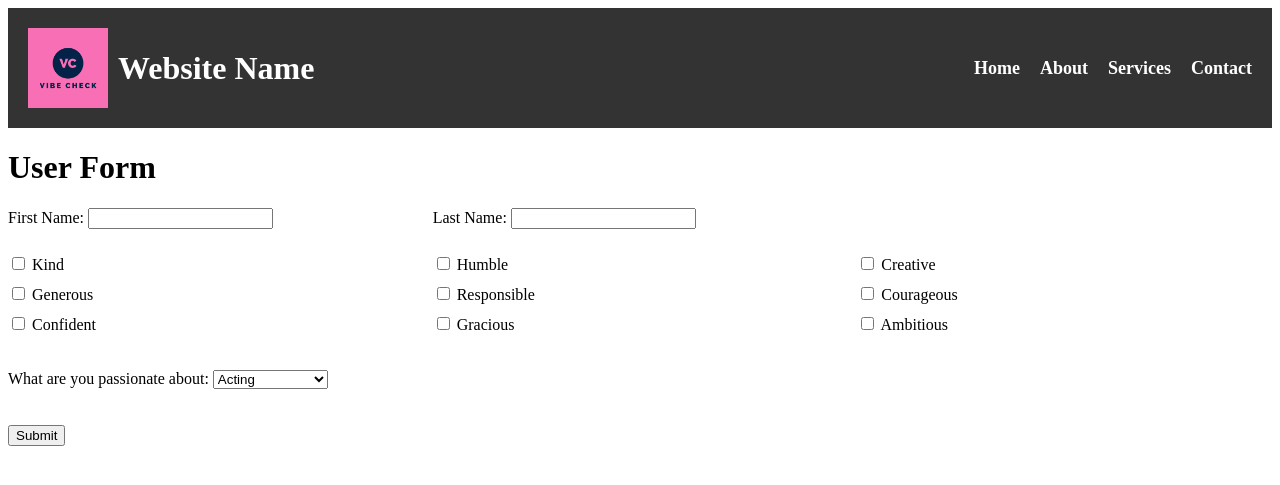
Repository: Chadloswald/Dis-Service
Page: docs/index.html
An editor plug-in stored every save of this project. The page is shown before and after the next save, followed by the edit.
The browser window is 1280 px wide. The pictures show the whole page.

Above is the page before, as saved 2023-05-02 10:13:32.

After the next save:
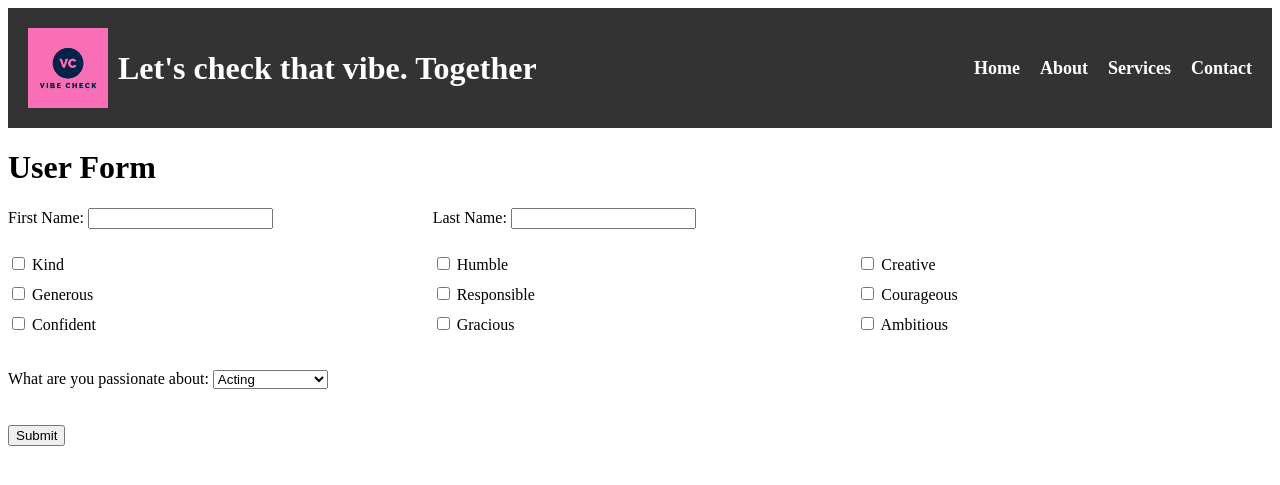
Saved 32 s later.
--- a/docs/index.html
+++ b/docs/index.html
@@ -9,7 +9,7 @@
 	<header>
 		<div class="logo">
 		  <img src="logo.jpeg" alt="Logo">
-		  <h1>Website Name</h1>
+		  <h1>Let's check that vibe. Together</h1>
 		</div>
 		<nav>
 		  <ul>
